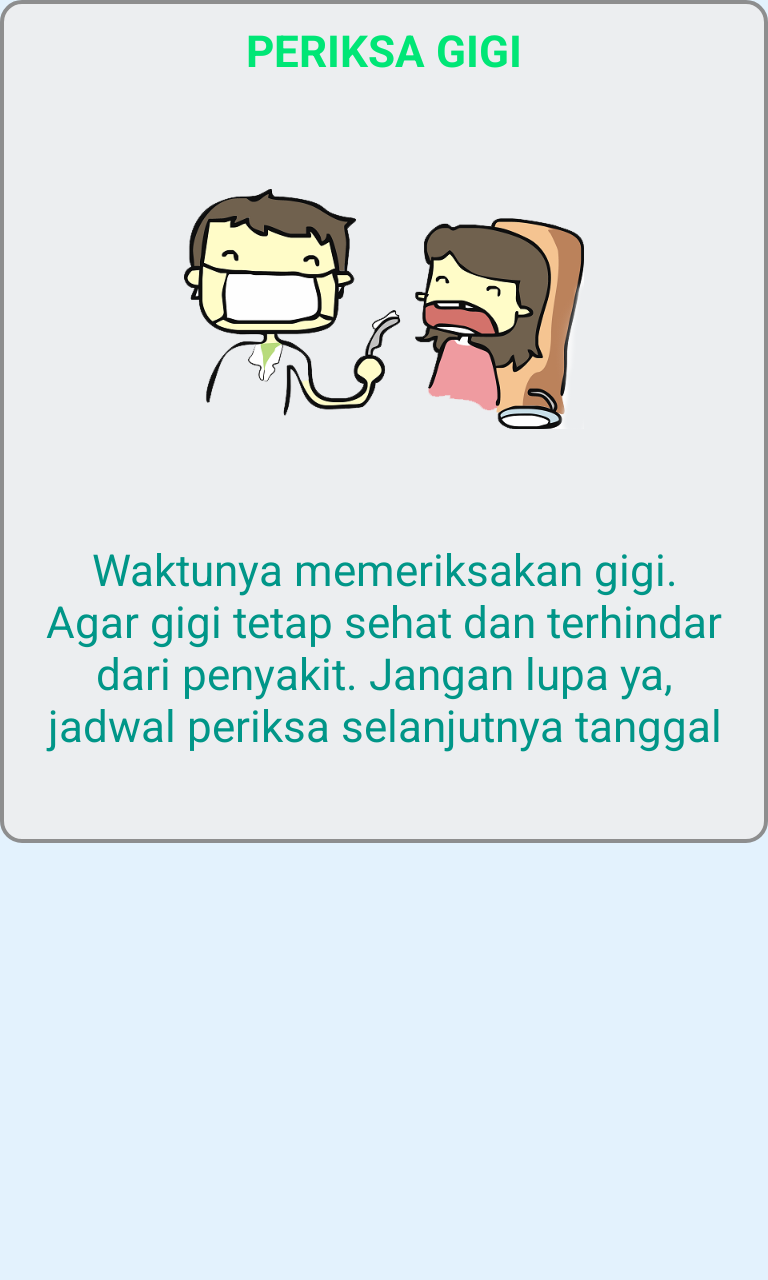
Repository: arifcebe/alarmAndroid
Layout: SenyumCeria/res/layout/notifperiksa.xml
The author's editor kept a copy of each file at every save. The layout is drawn from the files as they stood at one save, then again after the next save.
It is drawn on a 768 x 1280 px phone screen (xhdpi) without system bars, with theme Theme.Senyum_ceria; the app's code is not run.

Above is the layout before, as saved 2015-05-21 11:22:04.

### SenyumCeria/res/layout/notifperiksa.xml
<?xml version="1.0" encoding="utf-8"?>
<RelativeLayout xmlns:android="http://schemas.android.com/apk/res/android"
    android:layout_width="match_parent"
    android:layout_height="match_parent"
    android:background="@color/bg_main"
  >

     <ScrollView
         android:id="@+id/ScrollView1"
         android:layout_width="fill_parent"
         android:layout_height="wrap_content"
         android:scrollbars="vertical"
          >

   		<RelativeLayout
   		    android:id="@+id/Relative1"
   		    android:layout_width="match_parent"
        	android:layout_height="fill_parent"
   		    android:background="@drawable/content_background" >


   		    <TextView
   		        android:id="@+id/NotifPeriksa"
   		        android:layout_width="wrap_content"
        	    android:layout_height="wrap_content"
        	    android:layout_marginTop="10dp"
        	    android:layout_centerHorizontal="true"
        	    android:text="@string/notifPeriksa"
        	    android:textColor="@color/titlebesar"
        	    android:textSize="22sp"
    	        android:textStyle="bold"
   		        />
   		    <ImageView
     		    android:id="@+id/picNotifPeriksa"
     		    android:layout_width="200dp"
     		    android:layout_height="200dp"
     		    android:layout_below="@+id/NotifPeriksa"
     		    android:layout_marginTop="15dp"
     		    android:layout_centerHorizontal="true"
     		    android:contentDescription="@string/imageViewDescription"
     		    android:src="@drawable/periksa_gigi" />

   		    <TextView
     		      android:id="@+id/textnotifPeriksa"
     		      android:layout_width="match_parent"
     		      android:layout_height="wrap_content"
      		      android:layout_below="@+id/picNotifPeriksa"
      		      android:layout_marginTop="15dp"
     		      android:gravity="center_horizontal"
     		      android:text="@string/textnotifPeriksa"
     		      android:textSize="22sp"
     		      android:layout_marginLeft="20dp"
      		      android:layout_marginRight="20dp"
    	          android:textColor="@color/content" />

   		     <TextView
     		      android:id="@+id/textnotifPeriksaTanggal"
     		      android:layout_width="match_parent"
     		      android:layout_height="wrap_content"
      		      android:layout_below="@+id/textnotifPeriksa"
      		      android:layout_marginTop="15dp"
     		      android:gravity="center_horizontal"
     		      android:textSize="22sp"
     		      android:layout_centerHorizontal="true"
    	          android:textColor="@color/content" />


   		 </RelativeLayout>


     	</ScrollView>


</RelativeLayout>

### SenyumCeria/res/values/styles_senyum_ceria.xml
<?xml version="1.0" encoding="utf-8"?>
<!-- File created by the Android Action Bar Style Generator

     Copyright (C) 2011 The Android Open Source Project
     Copyright (C) 2012 readyState Software Ltd

     Licensed under the Apache License, Version 2.0 (the "License");
     you may not use this file except in compliance with the License.
     You may obtain a copy of the License at

          http://www.apache.org/licenses/LICENSE-2.0

     Unless required by applicable law or agreed to in writing, software
     distributed under the License is distributed on an "AS IS" BASIS,
     WITHOUT WARRANTIES OR CONDITIONS OF ANY KIND, either express or implied.
     See the License for the specific language governing permissions and
     limitations under the License.
-->

<resources>

    <style name="Theme.Senyum_ceria" parent="@android:style/Theme.Holo.Light">
        <item name="android:actionBarItemBackground">@drawable/selectable_background_senyum_ceria</item>
        <item name="android:popupMenuStyle">@style/PopupMenu.Senyum_ceria</item>
        <item name="android:dropDownListViewStyle">@style/DropDownListView.Senyum_ceria</item>
        <item name="android:actionBarTabStyle">@style/ActionBarTabStyle.Senyum_ceria</item>
        <item name="android:actionDropDownStyle">@style/DropDownNav.Senyum_ceria</item>
        <item name="android:actionBarStyle">@style/ActionBar.Solid.Senyum_ceria</item>
        <item name="android:actionModeBackground">@drawable/cab_background_top_senyum_ceria</item>
        <item name="android:actionModeSplitBackground">@drawable/cab_background_bottom_senyum_ceria</item>
        <item name="android:actionModeCloseButtonStyle">@style/ActionButton.CloseMode.Senyum_ceria</item>


    </style>

    <style name="ActionBar.Solid.Senyum_ceria" parent="@android:style/Widget.Holo.Light.ActionBar.Solid">
        <item name="android:background">@drawable/header</item>
        <item name="android:backgroundStacked">@drawable/ab_stacked_solid_senyum_ceria</item>
        <item name="android:backgroundSplit">@drawable/ab_bottom_solid_senyum_ceria</item>
        <item name="android:progressBarStyle">@style/ProgressBar.Senyum_ceria</item>
    </style>

    <style name="ActionBar.Transparent.Senyum_ceria" parent="@android:style/Widget.Holo.Light.ActionBar">
        <item name="android:background">@drawable/ab_transparent_senyum_ceria</item>
        <item name="android:progressBarStyle">@style/ProgressBar.Senyum_ceria</item>
    </style>

    <style name="PopupMenu.Senyum_ceria" parent="@android:style/Widget.Holo.Light.ListPopupWindow">
        <item name="android:popupBackground">@drawable/menu_dropdown_panel_senyum_ceria</item>
    </style>

    <style name="DropDownListView.Senyum_ceria" parent="@android:style/Widget.Holo.Light.ListView.DropDown">
        <item name="android:listSelector">@drawable/selectable_background_senyum_ceria</item>
    </style>

    <style name="ActionBarTabStyle.Senyum_ceria" parent="@android:style/Widget.Holo.Light.ActionBar.TabView">
        <item name="android:background">@drawable/tab_indicator_ab_senyum_ceria</item>
    </style>

    <style name="DropDownNav.Senyum_ceria" parent="@android:style/Widget.Holo.Light.Spinner">
        <item name="android:background">@drawable/spinner_background_ab_senyum_ceria</item>
        <item name="android:popupBackground">@drawable/menu_dropdown_panel_senyum_ceria</item>
        <item name="android:dropDownSelector">@drawable/selectable_background_senyum_ceria</item>
    </style>

    <style name="ProgressBar.Senyum_ceria" parent="@android:style/Widget.Holo.Light.ProgressBar.Horizontal">
        <item name="android:progressDrawable">@drawable/progress_horizontal_senyum_ceria</item>
    </style>

    <style name="ActionButton.CloseMode.Senyum_ceria" parent="@android:style/Widget.Holo.Light.ActionButton.CloseMode">
        <item name="android:background">@drawable/btn_cab_done_senyum_ceria</item>
    </style>

    <!-- this style is only referenced in a Light.DarkActionBar based theme -->
    <style name="Theme.Senyum_ceria.Widget" parent="@android:style/Theme.Holo">
        <item name="android:popupMenuStyle">@style/PopupMenu.Senyum_ceria</item>
        <item name="android:dropDownListViewStyle">@style/DropDownListView.Senyum_ceria</item>
    </style>

</resources>

### SenyumCeria/res/drawable/selectable_background_senyum_ceria.xml
<?xml version="1.0" encoding="utf-8"?>
<!-- File created by the Android Action Bar Style Generator

     Copyright (C) 2011 The Android Open Source Project
     Copyright (C) 2012 readyState Software Ltd

     Licensed under the Apache License, Version 2.0 (the "License");
     you may not use this file except in compliance with the License.
     You may obtain a copy of the License at

          http://www.apache.org/licenses/LICENSE-2.0

     Unless required by applicable law or agreed to in writing, software
     distributed under the License is distributed on an "AS IS" BASIS,
     WITHOUT WARRANTIES OR CONDITIONS OF ANY KIND, either express or implied.
     See the License for the specific language governing permissions and
     limitations under the License.
-->

<selector xmlns:android="http://schemas.android.com/apk/res/android"
        android:exitFadeDuration="@android:integer/config_mediumAnimTime" >
    <item android:state_pressed="false" android:state_focused="true" android:drawable="@drawable/list_focused_senyum_ceria" />
    <item android:state_pressed="true" android:drawable="@drawable/list_pressed_senyum_ceria" />
    <item android:drawable="@android:color/transparent" />
</selector>

### SenyumCeria/res/drawable/btn_cab_done_senyum_ceria.xml
<?xml version="1.0" encoding="utf-8"?>
<!-- File created by the Android Action Bar Style Generator

     Copyright (C) 2011 The Android Open Source Project
     Copyright (C) 2012 readyState Software Ltd

     Licensed under the Apache License, Version 2.0 (the "License");
     you may not use this file except in compliance with the License.
     You may obtain a copy of the License at

          http://www.apache.org/licenses/LICENSE-2.0

     Unless required by applicable law or agreed to in writing, software
     distributed under the License is distributed on an "AS IS" BASIS,
     WITHOUT WARRANTIES OR CONDITIONS OF ANY KIND, either express or implied.
     See the License for the specific language governing permissions and
     limitations under the License.
-->

<selector xmlns:android="http://schemas.android.com/apk/res/android">
    <item android:state_pressed="true"
        android:drawable="@drawable/btn_cab_done_pressed_senyum_ceria" />
    <item android:state_focused="true" android:state_enabled="true"
        android:drawable="@drawable/btn_cab_done_focused_senyum_ceria" />
    <item android:state_enabled="true"
        android:drawable="@drawable/btn_cab_done_default_senyum_ceria" />
</selector>

### SenyumCeria/res/drawable/header.xml
<?xml version="1.0" encoding="utf-8"?>
<shape xmlns:android="http://schemas.android.com/apk/res/android" >
    <solid android:color="@color/header"></solid>

</shape>

### SenyumCeria/res/values/color.xml
<?xml version="1.0" encoding="utf-8"?>
<resources>

    <color name="bg_main">#E3F2FD</color>
    <color name="header">#8BC34A</color>
    <color name="titlebesar">#00E676</color>
    <color name="contentTitle">#33691E</color>
    <color name="shadow">#555555</color>
    <color name="title">#777777</color>
    <color name="content">#009688</color>
    <color name="edittext">#DD2C00</color>
    <color name="edittextdua">#FFFFFF</color>


</resources>

### SenyumCeria/res/drawable/progress_horizontal_senyum_ceria.xml
<?xml version="1.0" encoding="utf-8"?>
<!-- File created by the Android Action Bar Style Generator

     Copyright (C) 2011 The Android Open Source Project
     Copyright (C) 2012 readyState Software Ltd

     Licensed under the Apache License, Version 2.0 (the "License");
     you may not use this file except in compliance with the License.
     You may obtain a copy of the License at

          http://www.apache.org/licenses/LICENSE-2.0

     Unless required by applicable law or agreed to in writing, software
     distributed under the License is distributed on an "AS IS" BASIS,
     WITHOUT WARRANTIES OR CONDITIONS OF ANY KIND, either express or implied.
     See the License for the specific language governing permissions and
     limitations under the License.
-->

<layer-list xmlns:android="http://schemas.android.com/apk/res/android">

    <item android:id="@android:id/background"
          android:drawable="@drawable/progress_bg_senyum_ceria" />

    <item android:id="@android:id/secondaryProgress">
        <scale android:scaleWidth="100%"
               android:drawable="@drawable/progress_secondary_senyum_ceria" />
    </item>

    <item android:id="@android:id/progress">
        <scale android:scaleWidth="100%"
               android:drawable="@drawable/progress_primary_senyum_ceria" />
    </item>

</layer-list>

### SenyumCeria/res/drawable/spinner_background_ab_senyum_ceria.xml
<?xml version="1.0" encoding="utf-8"?>
<!-- File created by the Android Action Bar Style Generator

     Copyright (C) 2011 The Android Open Source Project
     Copyright (C) 2012 readyState Software Ltd

     Licensed under the Apache License, Version 2.0 (the "License");
     you may not use this file except in compliance with the License.
     You may obtain a copy of the License at

          http://www.apache.org/licenses/LICENSE-2.0

     Unless required by applicable law or agreed to in writing, software
     distributed under the License is distributed on an "AS IS" BASIS,
     WITHOUT WARRANTIES OR CONDITIONS OF ANY KIND, either express or implied.
     See the License for the specific language governing permissions and
     limitations under the License.
-->

<selector xmlns:android="http://schemas.android.com/apk/res/android">
    <item android:state_enabled="false"
        android:drawable="@drawable/spinner_ab_disabled_senyum_ceria" />
    <item android:state_pressed="true"
        android:drawable="@drawable/spinner_ab_pressed_senyum_ceria" />
    <item android:state_pressed="false" android:state_focused="true"
        android:drawable="@drawable/spinner_ab_focused_senyum_ceria" />
    <item android:drawable="@drawable/spinner_ab_default_senyum_ceria" />
</selector>

### SenyumCeria/res/drawable/tab_indicator_ab_senyum_ceria.xml
<?xml version="1.0" encoding="utf-8"?>
<!-- File created by the Android Action Bar Style Generator

     Copyright (C) 2011 The Android Open Source Project
     Copyright (C) 2012 readyState Software Ltd

     Licensed under the Apache License, Version 2.0 (the "License");
     you may not use this file except in compliance with the License.
     You may obtain a copy of the License at

          http://www.apache.org/licenses/LICENSE-2.0

     Unless required by applicable law or agreed to in writing, software
     distributed under the License is distributed on an "AS IS" BASIS,
     WITHOUT WARRANTIES OR CONDITIONS OF ANY KIND, either express or implied.
     See the License for the specific language governing permissions and
     limitations under the License.
-->

<selector xmlns:android="http://schemas.android.com/apk/res/android">
    <!-- Non focused states -->
    <item android:state_focused="false" android:state_selected="false" android:state_pressed="false" android:drawable="@android:color/transparent" />
    <item android:state_focused="false" android:state_selected="true"  android:state_pressed="false" android:drawable="@drawable/tab_selected_senyum_ceria" />

    <!-- Focused states -->
    <item android:state_focused="true" android:state_selected="false" android:state_pressed="false" android:drawable="@drawable/tab_unselected_focused_senyum_ceria" />
    <item android:state_focused="true" android:state_selected="true"  android:state_pressed="false" android:drawable="@drawable/tab_selected_focused_senyum_ceria" />

    <!-- Pressed -->
    <!--    Non focused states -->
    <item android:state_focused="false" android:state_selected="false" android:state_pressed="true" android:drawable="@drawable/tab_unselected_pressed_senyum_ceria" />
    <item android:state_focused="false" android:state_selected="true"  android:state_pressed="true" android:drawable="@drawable/tab_selected_pressed_senyum_ceria" />

    <!--    Focused states -->
    <item android:state_focused="true" android:state_selected="false" android:state_pressed="true" android:drawable="@drawable/tab_unselected_pressed_senyum_ceria" />
    <item android:state_focused="true" android:state_selected="true"  android:state_pressed="true" android:drawable="@drawable/tab_selected_pressed_senyum_ceria" />
</selector>

### SenyumCeria/res/drawable/content_background.xml
<?xml version="1.0" encoding="utf-8"?>
<shape xmlns:android="http://schemas.android.com/apk/res/android" >
    <solid android:color="#DEEE"/>
	<stroke android:width="2dp" android:color="#E888" />
	<corners android:radius="10dp"/>

</shape>

Loaded but not shown: SenyumCeria/res/values/strings.xml (257 lines, source omitted)

After the next save:
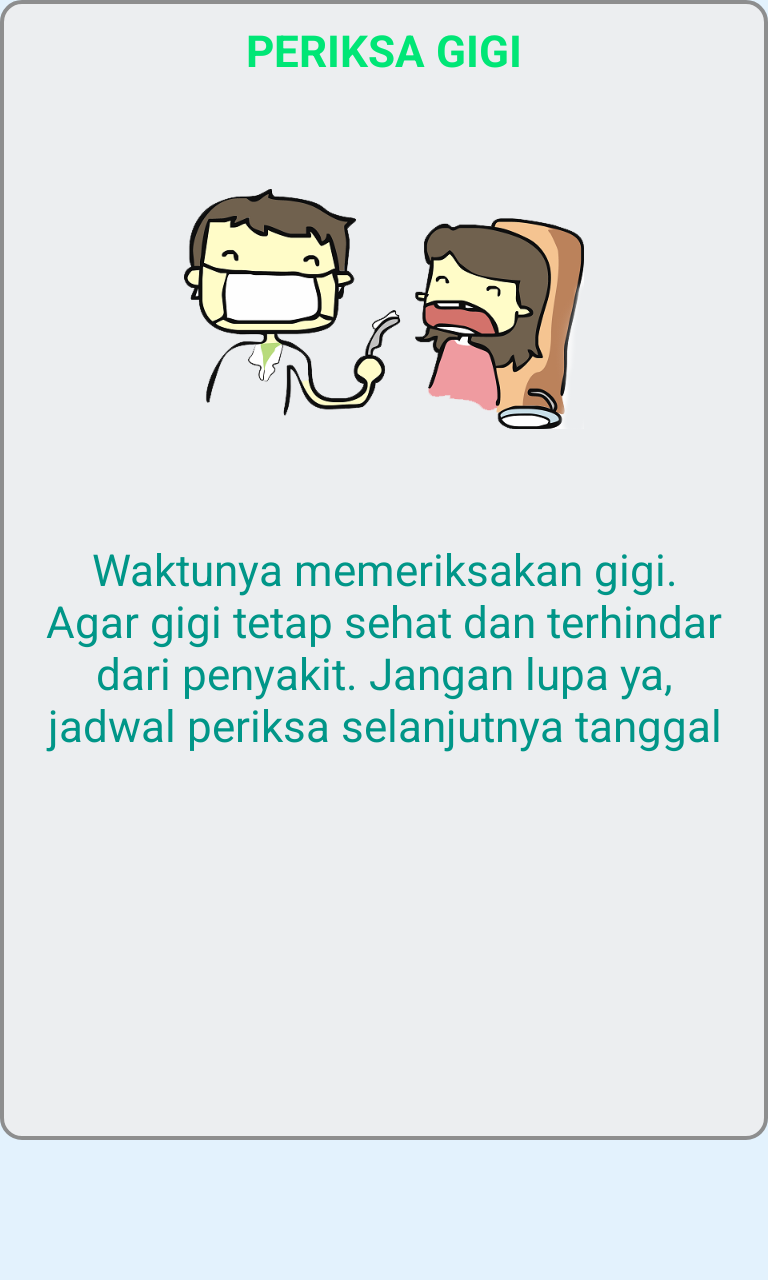
Saved 26 s later.
--- a/SenyumCeria/res/layout/notifperiksa.xml
+++ b/SenyumCeria/res/layout/notifperiksa.xml
@@ -15,7 +15,7 @@
    		<RelativeLayout
    		    android:id="@+id/Relative1"
    		    android:layout_width="match_parent"
-        	android:layout_height="fill_parent"
+        	android:layout_height="570dp"
    		    android:background="@drawable/content_background" >
 
 
